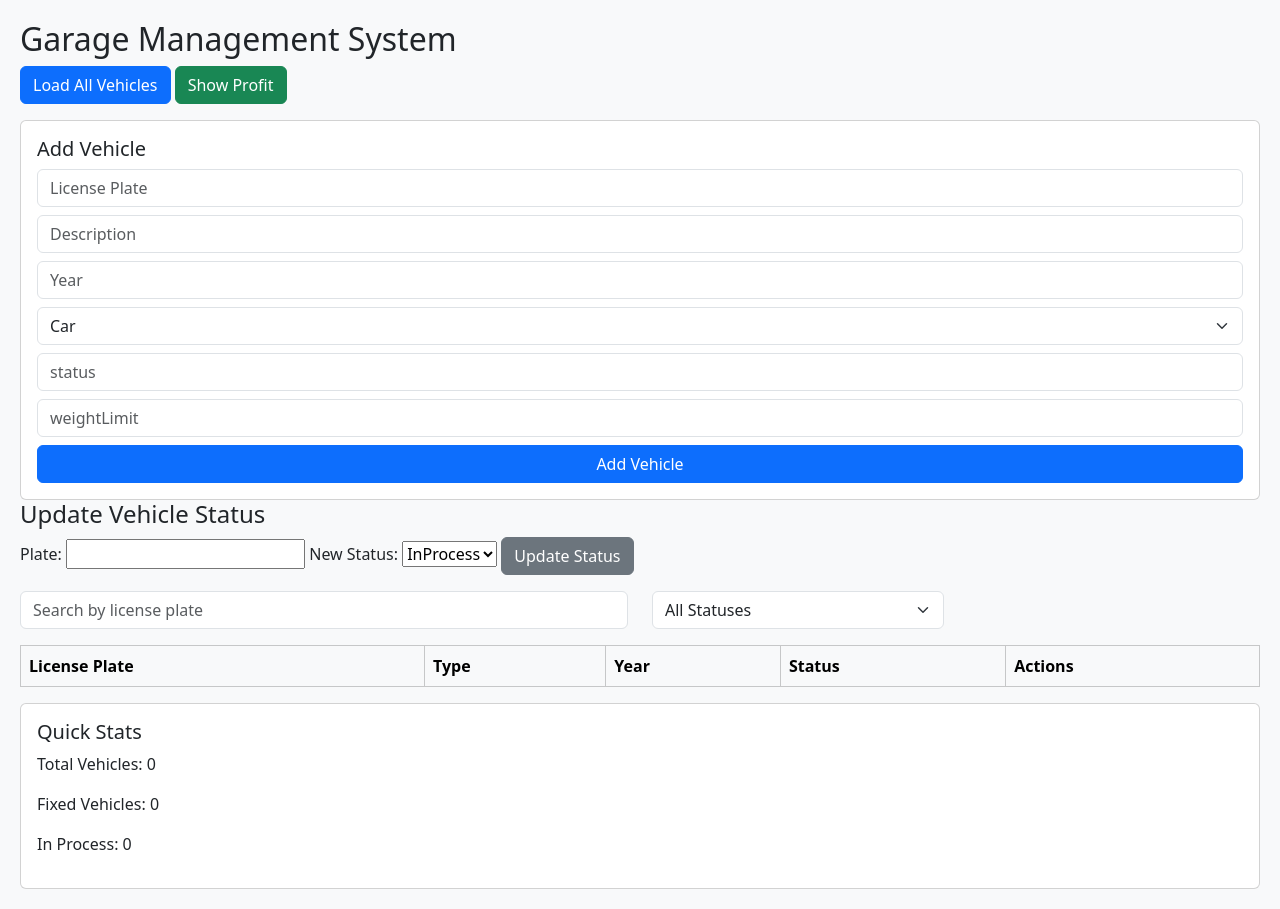
Repository: pravinpkadam444/garage-app
Page: garage-app/src/main/resources/static/index.html
These files come from the project's save history. The page is drawn as it stood at one moment and after the next save; the edit follows.
The browser window is 1280 px wide. The pictures show the whole page.
The page's requests for data from a server got no answer.

Above is the page before, as saved 2025-12-07 12:05:03.

### garage-app/src/main/resources/static/index.html
<!DOCTYPE html>
<html lang="en">
<head>
    <meta charset="UTF-8">
    <title>Garage Management System</title>
    <link href="https://cdn.jsdelivr.net/npm/bootstrap@5.3.2/dist/css/bootstrap.min.css" rel="stylesheet">
    <style>
        body { padding: 20px; background: #f8f9fa; }
        table { margin-top: 15px; }
        tr:hover { background: #e9ecef; cursor: pointer; }
    </style>
</head>
<body>

<h2>Garage Management System</h2>

<div class="mb-3">
    <button class="btn btn-primary" onclick="loadVehicles()">Load All Vehicles</button>
    <button class="btn btn-success" onclick="showProfit()">Show Profit</button>
</div>
<!-- Add Vehicle Form -->
<div class="card mt-3 p-3">
    <h5>Add Vehicle</h5>
    <input id="addPlate" class="form-control mb-2" placeholder="License Plate">
    <input id="addDesc" class="form-control mb-2" placeholder="Description">
    <input id="addYear" type="number" class="form-control mb-2" placeholder="Year">
    <select id="addType" class="form-select mb-2">
        <option value="Car">Car</option>
        <option value="Motorcycle">Motorcycle</option>
        <option value="Truck">Truck</option>
    </select>
    <input id="addStatus" class="form-control mb-2" placeholder="status">
    <input id="addWeightLimit" class="form-control mb-2" placeholder="weightLimit">

    <button class="btn btn-primary" onclick="addVehicle()">Add Vehicle</button>
</div>


<!-- Update Status -->
	<div class="box">
	    <h4>Update Vehicle Status</h4>
	    <label>Plate:</label>
	    <input type="text" id="updPlate">

	    <label>New Status:</label>
	    <!--<input type="text" id="updStatus">-->
		<select id="updStatus">
            <option value="InProcess">InProcess</option>
            <option value="Fixed">Fixed</option>
            <option value="Released">Released</option>
        </select>

	    <button class="btn btn-secondary" onclick="updateStatus()">Update Status</button>
	    <pre id="updResult"></pre>
	</div>
<!-- Search/filter -->
<div class="row mb-3">
    <div class="col-md-6">
        <input type="text" id="searchBox" class="form-control" placeholder="Search by license plate" onkeyup="loadVehicles()">
    </div>
    <div class="col-md-3">
        <select id="statusFilter" class="form-select" onchange="loadVehicles()">
            <option value="All">All Statuses</option>
            <option value="New">New</option>
            <option value="InProcess">In Process</option>
            <option value="Fixed">Fixed</option>
            <option value="Released">Released</option>
        </select>
    </div>
</div>

<!-- Vehicle Table -->
<table class="table table-bordered">
    <thead class="table-light">
        <tr>
            <th>License Plate</th>
            <th>Type</th>
            <th>Year</th>
            <th>Status</th>
            <th>Actions</th>
        </tr>
    </thead>
    <tbody id="vehicleTableBody"></tbody>
</table>

<!-- Vehicle Details -->
<div class="card mt-3" id="vehicleDetails" style="display:none;">
    <div class="card-body">
        <h5>Vehicle Details</h5>
        <ul id="detailsList"></ul>
    </div>
</div>

<!-- Add Vehicle Form -->
<!--<div class="card mt-3 p-3">
    <h5>Add Vehicle</h5>
    <input id="addPlate" class="form-control mb-2" placeholder="License Plate">
    <input id="addDesc" class="form-control mb-2" placeholder="Description">
    <input id="addYear" type="number" class="form-control mb-2" placeholder="Year">
    <select id="addType" class="form-select mb-2">
        <option value="Car">Car</option>
        <option value="Motorcycle">Motorcycle</option>
        <option value="Truck">Truck</option>
    </select>
    <input id="addStatus" class="form-control mb-2" placeholder="status">
    <input id="addWeightLimit" class="form-control mb-2" placeholder="weightLimit">

    <button class="btn btn-primary" onclick="addVehicle()">Add Vehicle</button>
</div>-->

<!-- Quick Stats -->
<div class="card mt-3 p-3">
    <h5>Quick Stats</h5>
    <p>Total Vehicles: <span id="totalVehicles">0</span></p>
    <p>Fixed Vehicles: <span id="fixedVehicles">0</span></p>
    <p>In Process: <span id="inProcessVehicles">0</span></p>
</div>

<script>
    // Load all vehicles
    function loadVehicles(){
        fetch("/api/vehicle/getAll")
            .then(res => res.json())
            .then(data => {
                const keyword = document.getElementById("searchBox").value.toLowerCase();
                const statusFilter = document.getElementById("statusFilter").value;
                const filtered = data.filter(v =>
                    (statusFilter === "All" || v.status === statusFilter) &&
                    v.licensePlate.toLowerCase().includes(keyword)
                );
                renderTable(filtered);
                updateStats(data);
            });
    }

    // Render vehicle table
    function renderTable(list) {
        const tbody = document.getElementById("vehicleTableBody");
        tbody.innerHTML = "";
        list.forEach(v => {
            const row = document.createElement("tr");
            row.innerHTML = `
                <td>${v.licensePlate}</td>
                <td>${v.type}</td>
                <td>${v.year}</td>
                <td>${v.status}</td>
                <td><button onclick="viewDetails('${v.licensePlate}')" class="btn btn-sm btn-info">View</button></td>
            `;
            tbody.appendChild(row);
        });
    }

    // Update stats
    function updateStats(data) {
		//const addstatus = document.getElementById("addStatus").value;
        document.getElementById("totalVehicles").innerText = data.length;
        document.getElementById("fixedVehicles").innerText = data.filter(v => v.status === "Fixed").length;
        document.getElementById("inProcessVehicles").innerText = data.filter(v => v.status === "InProcess").length;
    }

    // View vehicle details
    function viewDetails(plate) {
        fetch(`/api/vehicle/search/${encodeURIComponent(plate)}`)
            .then(res => res.json())
            .then(v => {
				if (Array.isArray(v)) {
                	v = v[0];
            	}
                const detailsDiv = document.getElementById("vehicleDetails");
                const detailsList = document.getElementById("detailsList");
                detailsDiv.style.display = "block";
                detailsList.innerHTML = `
                    <li><B>License Plate</B>: ${v.licensePlate}</li>
                    <li><B>Description  </B>: ${v.description}</li>
                    <li><B>Year        </B> : ${v.year}</li>
                    <li><B>Type         </B>: ${v.type}</li>
                    <li><B>Status       </B> : ${v.status}</li>
                    <li><B>WeightLimit  </B>: ${v.weightLimit}</li>
                `;
            }).then(v => {
            console.log("API response:", v); // <-- SEE WHAT IT RETURNS
        });
    }

    // Add vehicle
    function addVehicle() {
        const vehicle = {
            licensePlate: document.getElementById("addPlate").value,
            description: document.getElementById("addDesc").value,
            year: parseInt(document.getElementById("addYear").value),
            type: document.getElementById("addType").value,
             status: document.getElementById("addStatus").value,
             weightLimit:document.getElementById("addWeightLimit").value
        };
        fetch("/api/vehicle/add", {
            method: "POST",
            headers: {"Content-Type": "application/json"},
            body: JSON.stringify(vehicle)
        }).then(() => {
            loadVehicles();
            alert("Vehicle added successfully!");
        });
    }
    //Update status
    function updateStatus() {
	    const plate = document.getElementById("updPlate").value;
	    const status = document.getElementById("updStatus").value;

	    fetch(`/api/vehicle/status/${plate}/${status}`, { method: "PUT" })
	        .then(res => res.text())
	        .then(text => document.getElementById("updResult").innerText );
	}

    // Show profit
    function showProfit() {
        fetch("/api/vehicle/profit")
            .then(res => res.text())
            .then(profit => alert("Total Profit: $" + profit));
    }

	//Auto refreah
	 setInterval(() => {
        loadVehicles();
    }, 5000);
    // Initial load
    window.onload = loadVehicles;

</script>

</body>
</html>

After the next save:
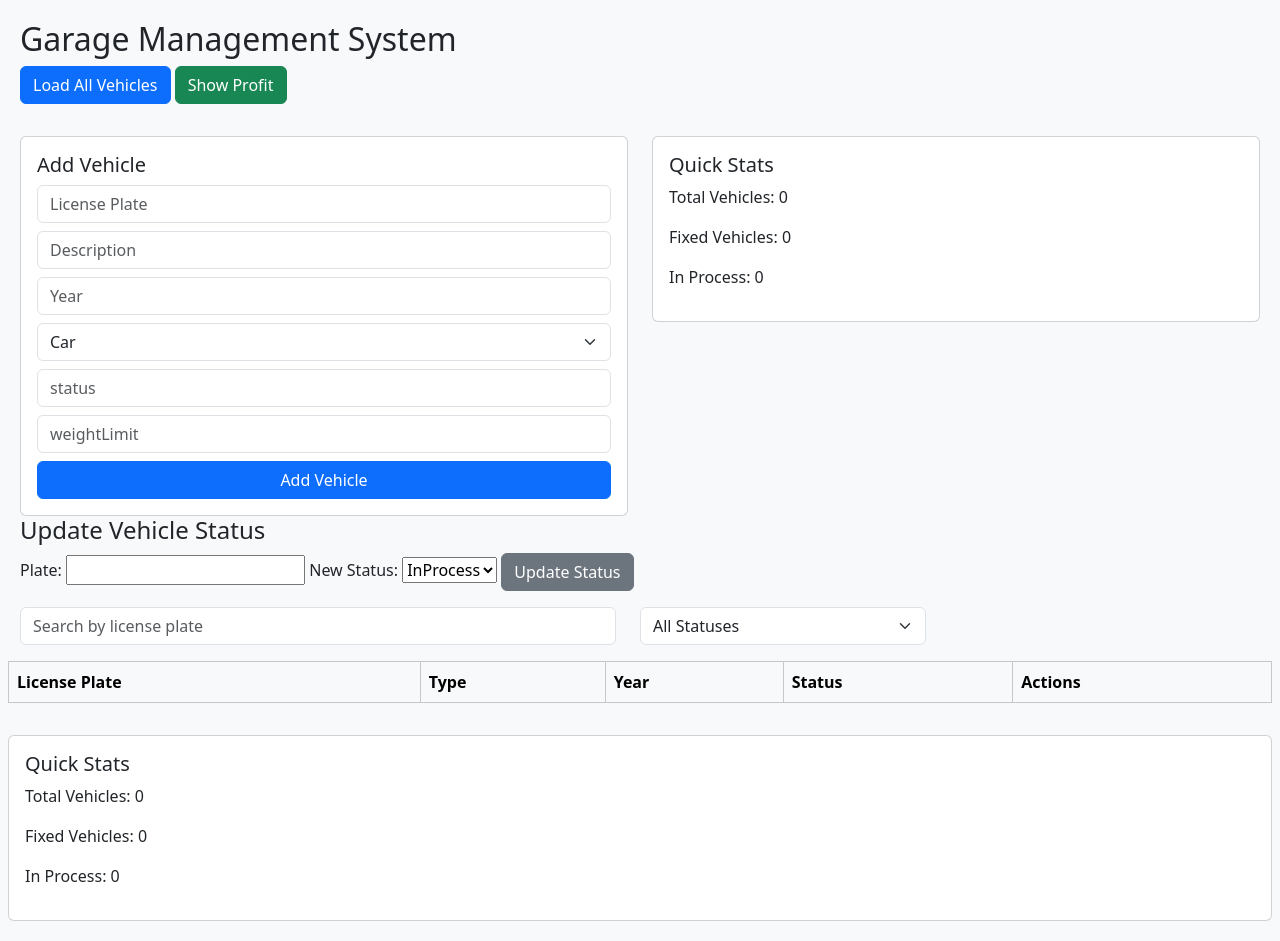
Saved 8 min 11 s later.
--- a/garage-app/src/main/resources/static/index.html
+++ b/garage-app/src/main/resources/static/index.html
@@ -18,23 +18,38 @@
     <button class="btn btn-primary" onclick="loadVehicles()">Load All Vehicles</button>
     <button class="btn btn-success" onclick="showProfit()">Show Profit</button>
 </div>
+
 <!-- Add Vehicle Form -->
-<div class="card mt-3 p-3">
-    <h5>Add Vehicle</h5>
-    <input id="addPlate" class="form-control mb-2" placeholder="License Plate">
-    <input id="addDesc" class="form-control mb-2" placeholder="Description">
-    <input id="addYear" type="number" class="form-control mb-2" placeholder="Year">
-    <select id="addType" class="form-select mb-2">
-        <option value="Car">Car</option>
-        <option value="Motorcycle">Motorcycle</option>
-        <option value="Truck">Truck</option>
-    </select>
-    <input id="addStatus" class="form-control mb-2" placeholder="status">
-    <input id="addWeightLimit" class="form-control mb-2" placeholder="weightLimit">
-
-    <button class="btn btn-primary" onclick="addVehicle()">Add Vehicle</button>
-</div>
-
+<div class="row mt-3">
+    <!-- Left column: Add Vehicle Form -->
+    <div class="col-md-6">
+		<div class="card mt-3 p-3">
+		    <h5>Add Vehicle</h5>
+		    <input id="addPlate" class="form-control mb-2" placeholder="License Plate">
+		    <input id="addDesc" class="form-control mb-2" placeholder="Description">
+		    <input id="addYear" type="number" class="form-control mb-2" placeholder="Year">
+		    <select id="addType" class="form-select mb-2">
+		        <option value="Car">Car</option>
+		        <option value="Motorcycle">Motorcycle</option>
+		        <option value="Truck">Truck</option>
+		    </select>
+		    <input id="addStatus" class="form-control mb-2" placeholder="status">
+		    <input id="addWeightLimit" class="form-control mb-2" placeholder="weightLimit">
+
+		    <button class="btn btn-primary" onclick="addVehicle()">Add Vehicle</button>
+		</div>
+	</div>
+
+	<!-- Right column: Quick Stats -->
+    <div class="col-md-6">
+		<!-- Quick Stats -->
+		<div class="card mt-3 p-3">
+		    <h5>Quick Stats</h5>
+		    <p>Total Vehicles: <span id="totalVehicles">0</span></p>
+		    <p>Fixed Vehicles: <span id="fixedVehicles">0</span></p>
+		    <p>In Process: <span id="inProcessVehicles">0</span></p>
+		</div>
+	</div>
 
 <!-- Update Status -->
 	<div class="box">
